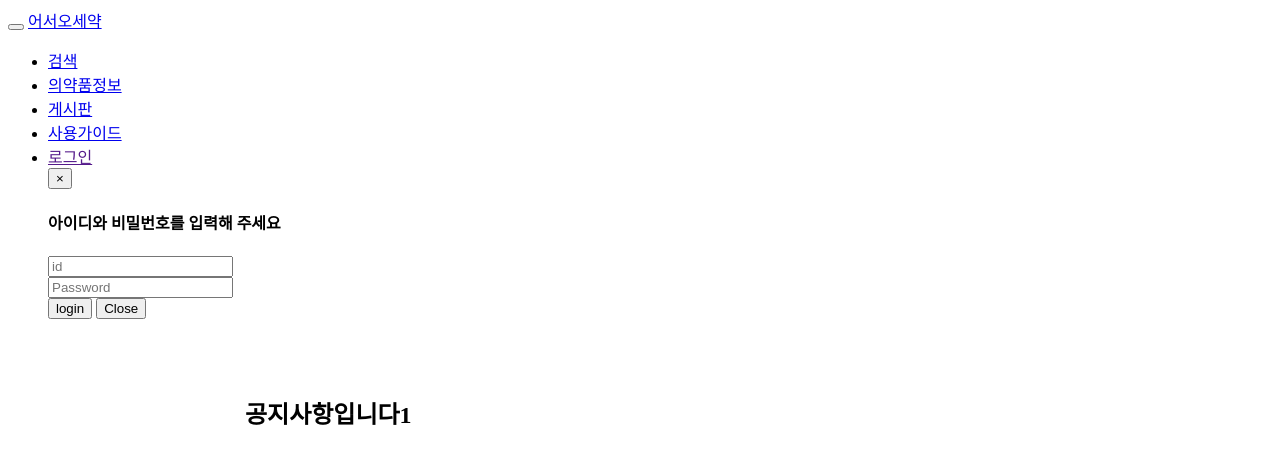
Repository: letzbegin/Study
Page: http://localhost/portfolio/WEB-INF/views/include/header.jsp
The author's editor kept a copy of each file at every save. The page is drawn from the files as they stood at one save, then again after the next save.
The browser window is 1280 px wide. The pictures show the whole page.
The page is served by Tomcat 9. Nobody is signed in. Other server files are loaded and not shown. The template is opened directly, without the code that normally fills it, so the values that code supplies are empty.

Above is the page before, as saved 2018-10-15 03:57:47.
Console error: ReferenceError: $ is not defined

### pol/portfolio/src/main/webapp/WEB-INF/views/include/header.jsp
<%@ page language="java" contentType="text/html; charset=UTF-8"
	pageEncoding="UTF-8"%>
<%@ taglib uri="http://java.sun.com/jsp/jstl/core" prefix="c"%>
<!DOCTYPE html>
<html>
<head>
<meta http-equiv="Content-Type" content="text/html; charset=UTF-8">
<title>Insert title here</title>
</head>
<style type="text/css">
.rolling_panel {
	position: relative;
	width: 800px;
	height: 100px;
	margin: 0 auto;
	padding: 0;
	overflow: hidden;
}

.rolling_panel ul {
	position: absolute;
	margin: 5px;
	padding: 0;
	list-style: none;
}

.rolling_panel ul li {
	float: left;
	width: 800px;
	height: 100px;
}
</style>

<body>

	<nav class="navbar navbar-default navbar-fixed-top">
		<div class="container">
			<div class="navbar-header">
				<button type="button" class="navbar-toggle" data-toggle="collapse"
					data-target="#myNavbar">
					<span class="icon-bar"></span> <span class="icon-bar"></span> <span
						class="icon-bar"></span>
				</button>
				<a class="navbar-brand" href="home">어서오세약</a>
			</div>
			<div class="collapse navbar-collapse" id="myNavbar">
				<ul class="nav navbar-nav navbar-right">
					<li><a href="search">검색</a></li>
					<li><a href="pillnon">의약품정보</a></li>
					<li><a href="list.bo">게시판</a></li>
					<li><a href="guide">사용가이드</a></li>
					<li>
						<c:if test="${!empty user_info }">
						<a id="login_tl" href="" onclick="go_logout()">${user_info }</a>
						</c:if>
						<c:if test="${empty user_info }">
							<a id="login_tl" data-toggle="modal" href=""
								data-target="#myModal">로그인</a>
							<!-- Modal -->
							<div class="modal fade" id="myModal" role="dialog">
								<div class="modal-dialog">
									<!-- Modal content-->
									<div class="modal-content">
										<div class="modal-header">
											<button type="button" class="close" data-dismiss="modal">&times;</button>
											<h4 class="modal-title">아이디와 비밀번호를 입력해 주세요</h4>
										</div>
										<div class="modal-body">
											<div class="input-group">
												<span class="input-group-addon"><i
													class="glyphicon glyphicon-user"></i></span> <input id="userid"
													type="text" class="form-control" name="userid"
													placeholder="id">
											</div>
											<div class="input-group">
												<span class="input-group-addon"><i
													class="glyphicon glyphicon-lock"></i></span> <input id="userpwd"
													type="password" class="form-control" name="userpwd"
													placeholder="Password">
											</div>
										</div>
										<div class="modal-footer">
											<button type="button" class="btn btn-default"
												data-dismiss="modal" onclick="go_Login()">login</button>
											<button type="button" class="btn btn-default"
												data-dismiss="modal">Close</button>
										</div>
									</div>
								</div>
							</div>
						</c:if></li>
				</ul>
			</div>
		</div>
	</nav>

	<div class="jumbotron text-center"
		style="margin-bottom: 0; padding: 0;">
		<br> <br>
		<div class="rolling_panel">

			<ul>
				<li><h2>공지사항입니다1</h2></li>
				<li><h2>공지사항입니다2</h2></li>
				<li><h2>공지사항입니다3</h2></li>
				<li><h2>공지사항입니다4</h2></li>
			</ul>
		</div>
		<a href="javascript:void(0)" id="prev"><span
			class="glyphicon glyphicon-triangle-left"></span></a> <a
			href="javascript:void(0)" id="next"><span
			class="glyphicon glyphicon-triangle-right"></span></a>
	</div>

</body>
<script type="text/javascript">
	$(document).ready(function() {

		var $panel = $(".rolling_panel").find("ul");

		var itemWidth = $panel.children().outerWidth(); // 아이템 가로 길이
		var itemLength = $panel.children().length; // 아이템 수

		// Auto 롤링 아이디
		var rollingId;

		auto();

		// 배너 마우스 오버 이벤트
		$panel.mouseover(function() {
			clearInterval(rollingId);
		});

		// 배너 마우스 아웃 이벤트
		$panel.mouseout(function() {
			auto();
		});

		// 이전 이벤트
		$("#prev").on("click", prev);

		$("#prev").mouseover(function(e) {
			clearInterval(rollingId);
		});

		$("#prev").mouseout(auto);

		// 다음 이벤트
		$("#next").on("click", next);

		$("#next").mouseover(function(e) {
			clearInterval(rollingId);
		});

		$("#next").mouseout(auto);

		function auto() {

			// 2초마다 start 호출
			rollingId = setInterval(function() {
				start();
			}, 2000);
		}

		function start() {
			$panel.css("width", itemWidth * itemLength);
			$panel.animate({
				"left" : -itemWidth + "px"
			}, function() {

				// 첫번째 아이템을 마지막에 추가하기
				$(this).append("<li>" + $(this).find("li:first").html() + "</li>");

				// 첫번째 아이템을 삭제하기
				$(this).find("li:first").remove();

				// 좌측 패널 수치 초기화
				$(this).css("left", 0);
			});
		}

		// 이전 이벤트 실행
		function prev(e) {
			$panel.css("left", -itemWidth);
			$panel.prepend("<li>" + $panel.find("li:last").html() + "</li>");
			$panel.animate({
				"left" : "0px"
			}, function() {
				$(this).find("li:last").remove();
			});
		}

		// 다음 이벤트 실행
		function next(e) {
			$panel.animate({
				"left" : -itemWidth + "px"
			}, function() {
				$(this).append("<li>" + $(this).find("li:first").html() + "</li>");
				$(this).find("li:first").remove();
				$(this).css("left", 0);
			});
		}
	});

	function go_Login() {
		$.ajax({
			url : 'login',
			type : 'post',
			data : {
				userid : $('#userid').val(),
				userpwd : $('#userpwd').val()
			},
			success : function(data) {
				if (data == "fail") {
					alert("아이디 또는 비밀번호가 다릅니다!");
					$('#userid').val('');
					$('#userpwd').val('');
				} else
					console.log(data);
					$('#login_tl').text(data);
// 					location.reload();
			},
			error : function(req, textStatus, err) {
				alert(textStatus + "(" + req.status + ") : " + err);
			}
		});
	}

	function go_logout() {
		$.ajax({
			url : 'logout',
			type : 'post',
			data : {
				userid : $('#userid').val(),
				userpwd : $('#userpwd').val()
			},
			success : function() {
				location.reload();
			},
			error : function(req, textStatus, err) {
				alert(textStatus + "(" + req.status + ") : " + err);
			}
		});
	}
</script>
</html>

After the next save:
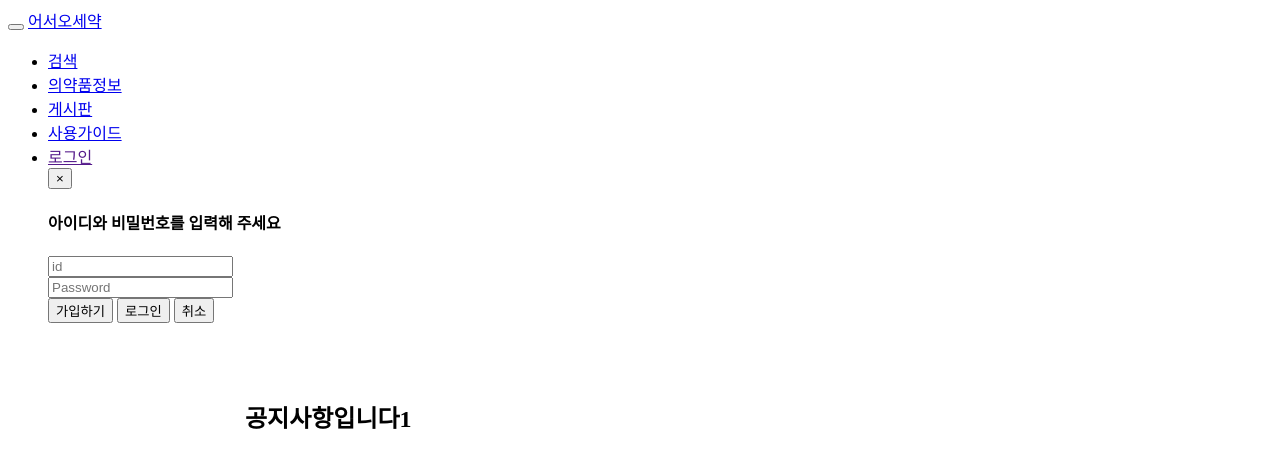
Saved 81 s later.
--- a/pol/portfolio/src/main/webapp/WEB-INF/views/include/header.jsp
+++ b/pol/portfolio/src/main/webapp/WEB-INF/views/include/header.jsp
@@ -81,9 +81,11 @@
 										</div>
 										<div class="modal-footer">
 											<button type="button" class="btn btn-default"
-												data-dismiss="modal" onclick="go_Login()">login</button>
+												data-dismiss="modal" onclick="go_Login()">가입하기</button>
 											<button type="button" class="btn btn-default"
-												data-dismiss="modal">Close</button>
+												data-dismiss="modal" onclick="go_Login()">로그인</button>
+											<button type="button" class="btn btn-default"
+												data-dismiss="modal">취소</button>
 										</div>
 									</div>
 								</div>
